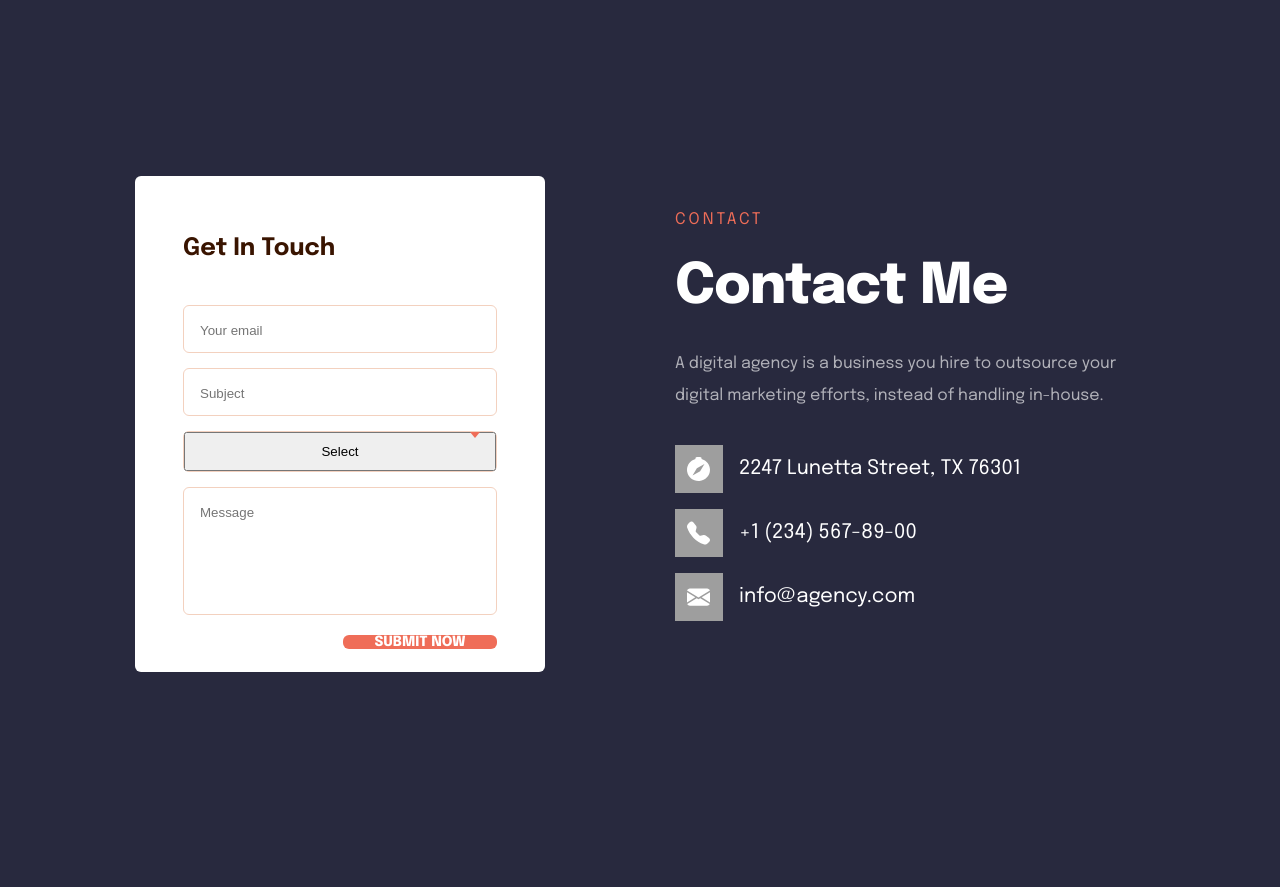
Repository: NatiqSamiyev/form-task-2
Page: index.html
The author's editor kept a copy of each file at every save. The page is drawn from the files as they stood at one save, then again after the next save.
The browser window is 1280 px wide. The pictures show the whole page.
Pictures or frames that could not be fetched are drawn as grey boxes. Some web fonts or font styles are not loaded; a fallback is used.

Above is the page before, as saved 2023-10-26 11:44:38.

After the next save:
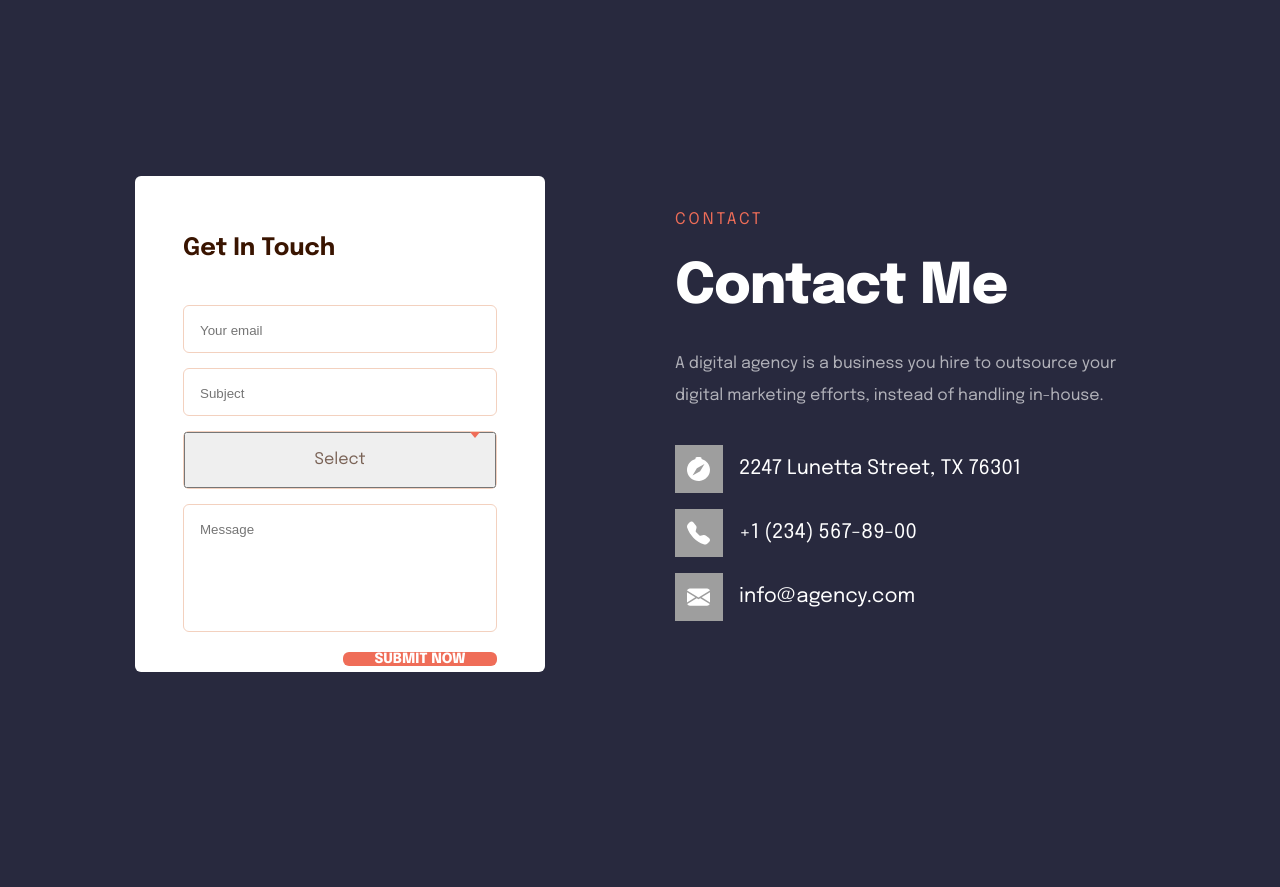
Saved 20 s later.
--- a/index.css
+++ b/index.css
@@ -170,6 +170,16 @@ position: relative;
   height: 100%;
   padding: 10px 16px;
 
+  color: var(--Text_Dark_Gray, rgba(57, 20, 0, 0.64));
+font-feature-settings: 'clig' off, 'liga' off;
+
+/* Text */
+font-family: Epilogue;
+font-size: 16px;
+font-style: normal;
+font-weight: 400;
+line-height: 32px; /* 200% */
+
 }
 .select-box svg{
 
